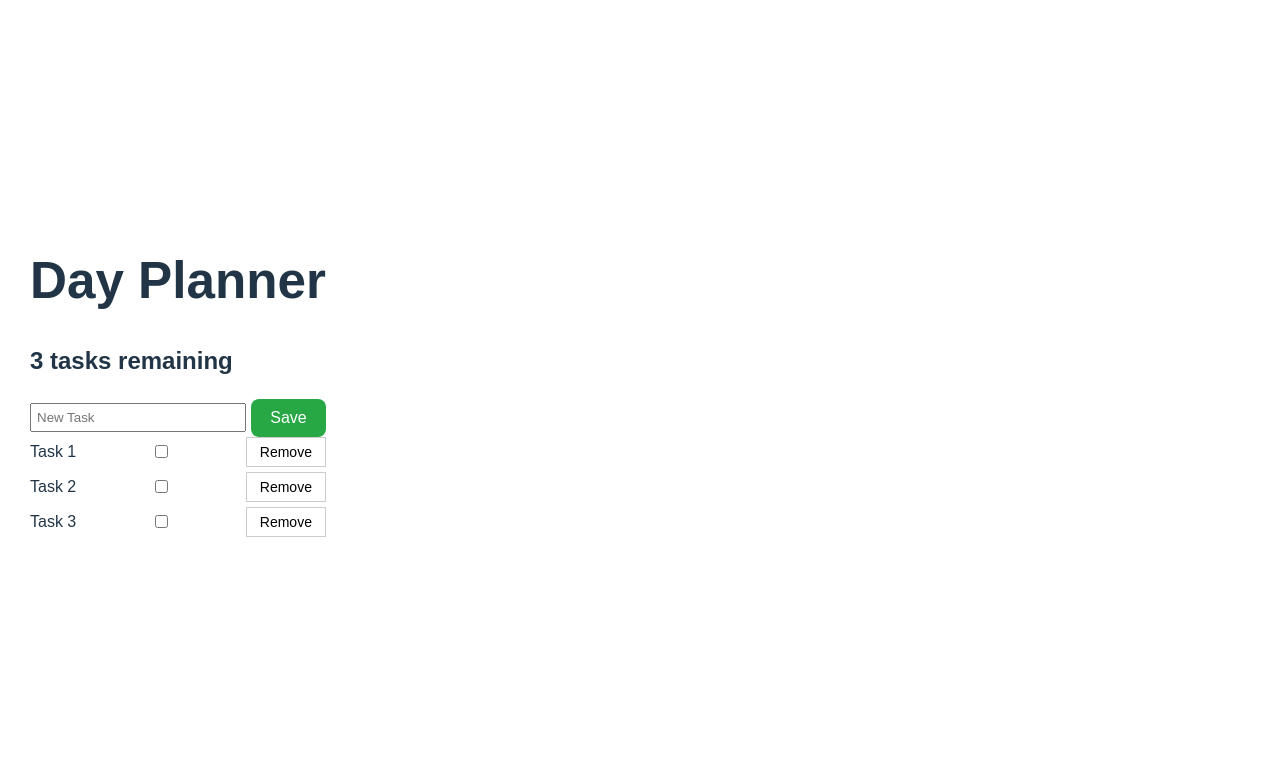
Repository: GavinPahal/lab5
Page: /
These files come from the project's save history. The page is drawn as it stood at one moment and after the next save; the edit follows.
The browser window is 1280 px wide. The pictures show the whole page.
The project was rebuilt for these pictures with package versions that can differ from the ones it lists, and the page was loaded fresh each time. Also part of the build but not shown: vite.config.js.

Above is the page before, as saved 2024-10-11 17:57:49.

After the next save:
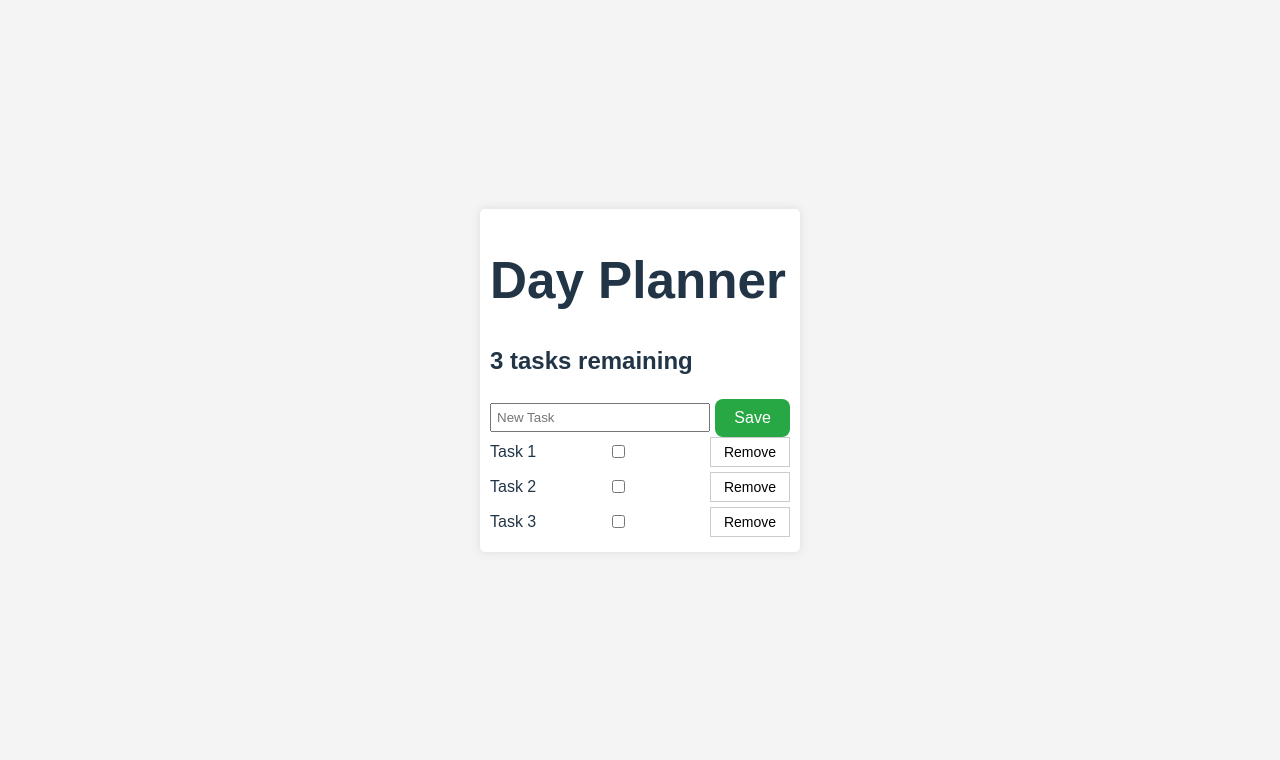
Saved 2 min 41 s later.
--- a/src/App.css
+++ b/src/App.css
@@ -3,12 +3,19 @@
   font-family: sans-serif;
   margin: 0;
   padding: 20px;
+  display: flex; /* Use Flexbox for centering */
+  justify-content: center; /* Center horizontally */
+  align-items: center; /* Center vertically */
+  height: 100vh; /* Full height to enable vertical centering */
+  background-color: #f4f4f4; /* Optional background color */
 }
 
 .app {
   background-color: #fff;
   padding: 10px;
   border-radius: 5px;
+  box-shadow: 0 0 10px rgba(0, 0, 0, 0.1); /* Optional shadow for better visibility */
+  width: 300px; /* Fixed width for the app */
 }
 
 .task {
@@ -49,9 +56,8 @@
   align-items: center; /* Center vertically */
   justify-content: center; /* Center horizontally */
   font-size: 14px; /* Font size for fitting text */
-  margin-Left: '10px'; /* Add space between the save button and remove button */
+  margin-left: 10px; /* Add space between the save button and remove button */
 }
-
 
 .completed span {
   text-decoration: line-through;
